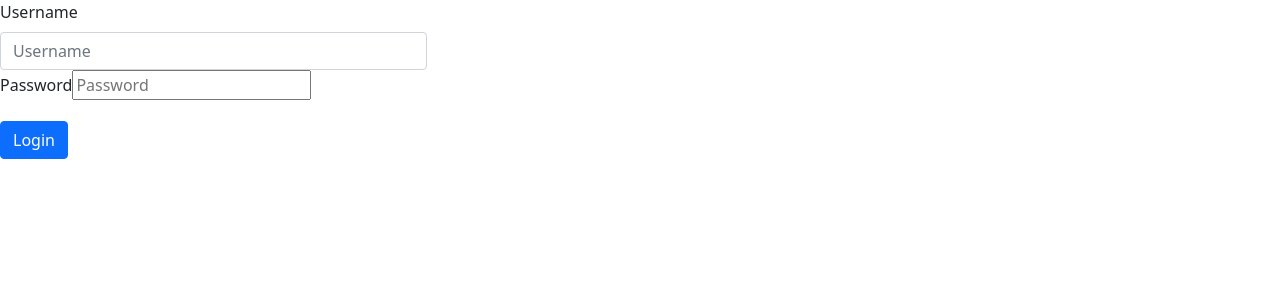
Repository: dilaraozdem1r/BooksApp
Page: /admin/page
The author's editor kept a copy of each file at every save. The page is drawn from the files as they stood at one save, then again after the next save.
The browser window is 1280 px wide. The pictures show the whole page.
The page's requests for data from a server got no answer. The project was rebuilt for these pictures with package versions that can differ from the ones it lists, and the page was loaded fresh each time. No one was signed in, and anything a server would have sent is missing. Also part of the build but not shown: src/Components/BookList.js, src/Components/SearchBar.js.

Above is the page before, as saved 2021-08-20 13:21:54.

### public/index.html
<!DOCTYPE html>
<html lang="en">
  <head>
    <meta charset="utf-8" />
    <link rel="icon" href="%PUBLIC_URL%/favicon.ico" />
    <meta name="viewport" content="width=device-width, initial-scale=1" />
    <meta name="theme-color" content="#000000" />
    <meta
      name="description"
      content="Web site created using create-react-app"
    />
    <link rel="apple-touch-icon" href="%PUBLIC_URL%/logo192.png" />
    <!--
      manifest.json provides metadata used when your web app is installed on a
      user's mobile device or desktop. See https://developers.google.com/web/fundamentals/web-app-manifest/
    -->
    <link rel="manifest" href="%PUBLIC_URL%/manifest.json" />
    <!--
      Notice the use of %PUBLIC_URL% in the tags above.
      It will be replaced with the URL of the `public` folder during the build.
      Only files inside the `public` folder can be referenced from the HTML.

      Unlike "/favicon.ico" or "favicon.ico", "%PUBLIC_URL%/favicon.ico" will
      work correctly both with client-side routing and a non-root public URL.
      Learn how to configure a non-root public URL by running `npm run build`.
    -->
    <link href="https://cdn.jsdelivr.net/npm/bootstrap@5.0.2/dist/css/bootstrap.min.css" rel="stylesheet" integrity="sha384-EVSTQN3/azprG1Anm3QDgpJLIm9Nao0Yz1ztcQTwFspd3yD65VohhpuuCOmLASjC" crossorigin="anonymous">
    <title>Books App</title>
  </head>
  <body>
    <noscript>You need to enable JavaScript to run this app.</noscript>
    <div id="root"></div>
    <!--
      This HTML file is a template.
      If you open it directly in the browser, you will see an empty page.

      You can add webfonts, meta tags, or analytics to this file.
      The build step will place the bundled scripts into the <body> tag.

      To begin the development, run `npm start` or `yarn start`.
      To create a production bundle, use `npm run build` or `yarn build`.
    -->
    <script src="https://cdn.jsdelivr.net/npm/bootstrap@5.0.2/dist/js/bootstrap.bundle.min.js" integrity="sha384-MrcW6ZMFYlzcLA8Nl+NtUVF0sA7MsXsP1UyJoMp4YLEuNSfAP+JcXn/tWtIaxVXM" crossorigin="anonymous"></script>
  </body>
</html>

### src/index.js
import React from 'react'
import ReactDOM from 'react-dom'
import App from './Components/App'

ReactDOM.render(
    <App />,
    document.getElementById('root')

);

### src/Components/App.js
import React from 'react'
import { BrowserRouter as Router, Switch, Route, Link } from "react-router-dom";
import Books from './BookList';
import axios from 'axios'
import SearchBar from './SearchBar'
import Admin from './Admin'

class App extends React.Component {
  state = {
    books: [],
    searchQuery:""
  }

  async componentDidMount() {
    this.getBooks();

  }
  async getBooks() {
    const response = await axios.get(" http://localhost:3004/books");

    this.setState({ books: response.data })

  }
  searchMovie=(event)=>{
    this.setState({
      searchQuery:event.target.value
    })

  }

  render() {

    let filteredBooks=this.state.books.filter(
      (book)=>{
        return book.name.toLowerCase().indexOf(this.state.searchQuery.toLowerCase()) !== -1 }
    ).sort((a,b)=>{
      return a.id < b.id ? 1 : a.id > b.id ? -1 : 0 ;
    });



    return (
      <Router>
      <Switch>
      <Route path="/" exact render={() => (
            <React.Fragment>
      <div>
        <nav className="navbar navbar-light bg-light">
            <div className="container-fluid">
            <a class="navbar-brand">
          <img src="https://encrypted-tbn0.gstatic.com/images?q=tbn:ANd9GcRZ-o86obF-UTdLqsqqiUM6O82URx7R52fXlw&usqp=CAU" alt="" width="50" height="40" class="d-inline-block align-text-top"/>
          </a>

            <SearchBar search={this.searchMovie} />
            <div className="col ol-md-5">
                        <Link
                            to="/admin"
                            type="button"
                            className="btn btn-danger"
                            style={{ float: 'right' }}
                        >Admin Login</Link>
                    </div>

            </div>
          </nav>
      </div>
    <div>
              <Books books={filteredBooks} />
          </div>

    </React.Fragment> )}>
    </Route>

    <Route path="/admin" render={({ history }) => (
            <Admin  />
          )}>
          </Route>
    <div>
      <button class="navbar-toggler" type="button" data-bs-toggle="collapse" data-bs-target="#navbarSupportedContent" aria-controls="navbarSupportedContent" aria-expanded="false" aria-label="Toggle navigation">Admin Login</button>
    </div>












      </Switch>
      </Router>
        );
}
}
        export default App;

### src/Components/Admin.js
import React from 'react';
import { BrowserRouter as Router, Switch, Route, Link } from "react-router-dom";
class Admin extends React.Component {

    render() {
        return (
            <Router>
                <Switch>
                    <form>
                    <div class="col-md-4">
                            <label for="exampleInputEmail1" class="form-label">Username</label>
                            <input type="text" className="form-control" placeholder="Username" aria-label="First name"/>

                        </div>
                            <div className="mb-3">
                                <label for="exampleInputPassword1" className="form-label">Password</label>
                                <input type="password" className="col-xs-4" placeholder="Password" aria-label="Last name"/>
                            </div>


                                    <button type="submit" className="btn btn-primary">Login</button>
                    </form>
                </Switch>
        </Router>

                        )
    }

}
export default Admin;

After the next save:
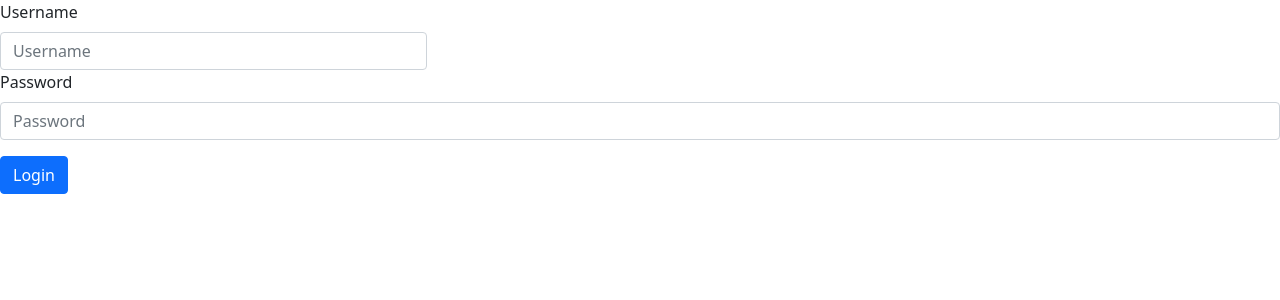
Saved 8 s later.
--- a/src/Components/Admin.js
+++ b/src/Components/Admin.js
@@ -14,7 +14,7 @@ class Admin extends React.Component {
                         </div>
                             <div className="mb-3">
                                 <label for="exampleInputPassword1" className="form-label">Password</label>
-                                <input type="password" className="col-xs-4" placeholder="Password" aria-label="Last name"/>
+                                <input type="password" className="form-control" placeholder="Password" aria-label="Last name"/>
                             </div>
 
 
